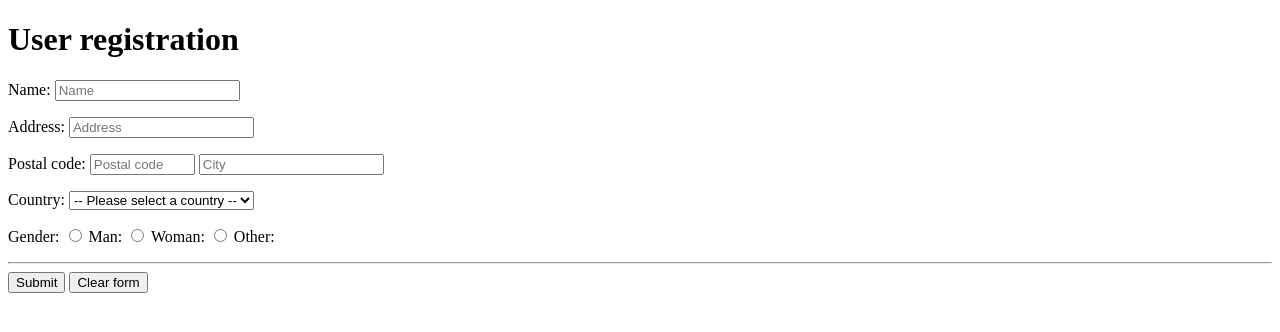
Repository: Filip-Husic/AW_frontend
Page: ex3Forms.html
The author's editor kept a copy of each file at every save. The page is drawn from the files as they stood at one save, then again after the next save.
The browser window is 1280 px wide. The pictures show the whole page.

Above is the page before, as saved 2022-11-23 11:46:20.

After the next save:
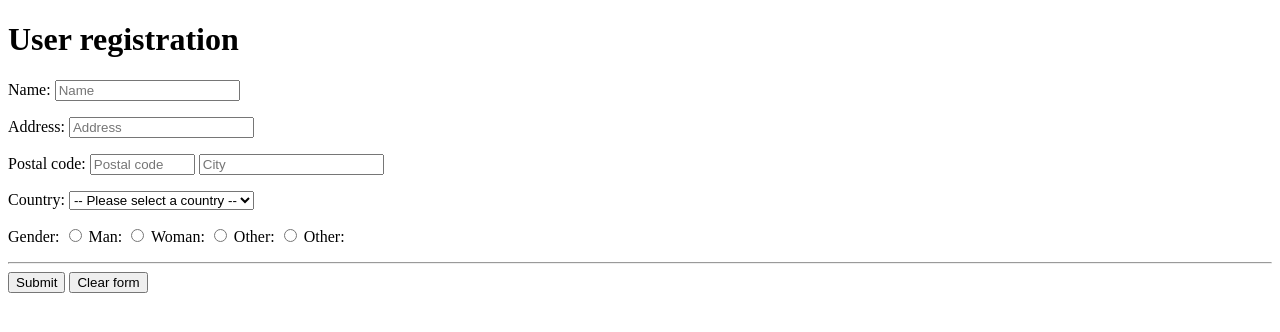
Saved 5 s later.
--- a/ex3Forms.html
+++ b/ex3Forms.html
@@ -42,6 +42,8 @@
             <label for="woman">Woman:</label>
             <input type="radio" name="gender" id="other">
             <label for="other">Other:</label>
+            <input type="radio" name="gender" id="other">
+            <label for="other">Other:</label>
         </p>
         <hr>
         <button type="submit">Submit</button>
